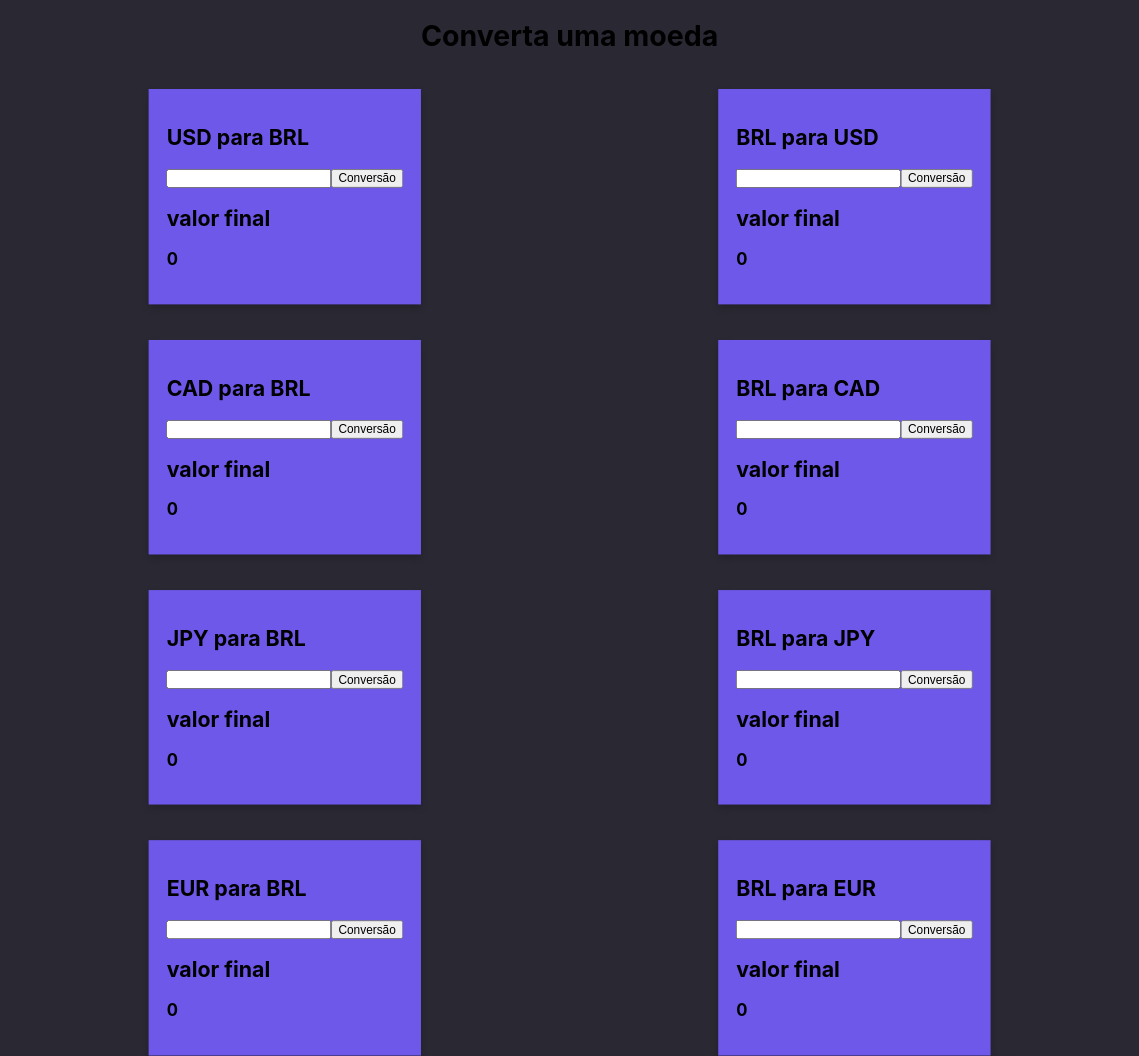
Repository: DeanLemosXD/Currency-converter
Page: /
These files come from the project's save history. The page is drawn as it stood at one moment and after the next save; the edit follows.
The browser window is 1280 px wide. The pictures show the whole page, at 89% of full size.
The project was rebuilt for these pictures with package versions that can differ from the ones it lists, and the page was loaded fresh each time.

Above is the page before, as saved 2021-10-19 18:27:59.

### src/index.css
body {
  margin: 0;
  font-family: -apple-system, BlinkMacSystemFont, 'Segoe UI', 'Roboto', 'Oxygen',
    'Ubuntu', 'Cantarell', 'Fira Sans', 'Droid Sans', 'Helvetica Neue',
    sans-serif;
  -webkit-font-smoothing: antialiased;
  -moz-osx-font-smoothing: grayscale;
  background-color:rgb(42, 40, 51)
}

code {
  font-family: source-code-pro, Menlo, Monaco, Consolas, 'Courier New',
    monospace;
}

### src/App.js
import './App.css';
import Conversor from './components/Conversor';

function App() {
  return (
    <div className="App">
      <h1>Converta uma moeda</h1>
      <div className="linha">
      <Conversor moedaA="USD" moedaB="BRL"></Conversor>
      <Conversor moedaA="BRL" moedaB="USD"></Conversor>
      </div>
      <div className="linha">
      <Conversor moedaA="CAD" moedaB="BRL"></Conversor>
      <Conversor moedaA="BRL" moedaB="CAD"></Conversor>
      </div>
      <div className="linha">
      <Conversor moedaA="JPY" moedaB="BRL"></Conversor>
      <Conversor moedaA="BRL" moedaB="JPY"></Conversor>
      </div>
      <div className="linha">
      <Conversor moedaA="EUR" moedaB="BRL"></Conversor>
      <Conversor moedaA="BRL" moedaB="EUR"></Conversor>
      </div>
    </div>
  );
}

export default App;

### src/App.css
.linha{
    display:flex;
    margin-top:  40px;
    justify-content: space-around;


}

h1{

    text-align: center;
}

.app{
    margin: auto;
    max-width: 900px;
}

### src/components/Conversor.js
import React, { Component } from 'react'
import './conversor.css'
export default class Conversor extends Component {

    // eslint-disable-next-line no-useless-constructor
    constructor(props){
        super(props);

        this.state = {
            moedaA_Valor:"",
            moedaB_Valor:0,

        }

        this.converter = this.converter.bind(this)
    }

    converter(){

        let de_para = `${this.props.moedaA}_${this.props.moedaB}`;
        let url = `http://free.currconv.com/api/v7/convert?q=${de_para}&compact=ultra&apiKey=0d7e32903cad9cf7460c`
        //console.log(url)
        fetch(url).then(res=>{
            return res.json()
        })
        .then(json=>{

            let cotacao = json[de_para];
            let moedaB_Valor = (parseFloat(this.state.moedaA_Valor) * cotacao).toFixed(2)
            this.setState({moedaB_Valor})
        })
    }
    render(){
        return (
            <div className="conversor">
                <h2>{this.props.moedaA} para {this.props.moedaB}</h2>
                <input type="text" onChange={(event)=>{this.setState({moedaA_Valor:event.target.value})}}></input>
                <input type="button" value="Conversão" onClick={this.converter}></input>
                <h2>valor final</h2>
                <h3>{this.state.moedaB_Valor}</h3>
            </div>
        )
    }
}

### src/components/conversor.css
.conversor{
        padding: 20px;
        max-width: 300px;
        box-shadow: 0 4px 8px 0 rgba(0, 0, 0, 0.2);
        background-color: rgb(110, 88, 233);
}

Loaded but not shown: public/index.html (common file); src/index.js (common file); src/reportWebVitals.js (common file)

After the next save:
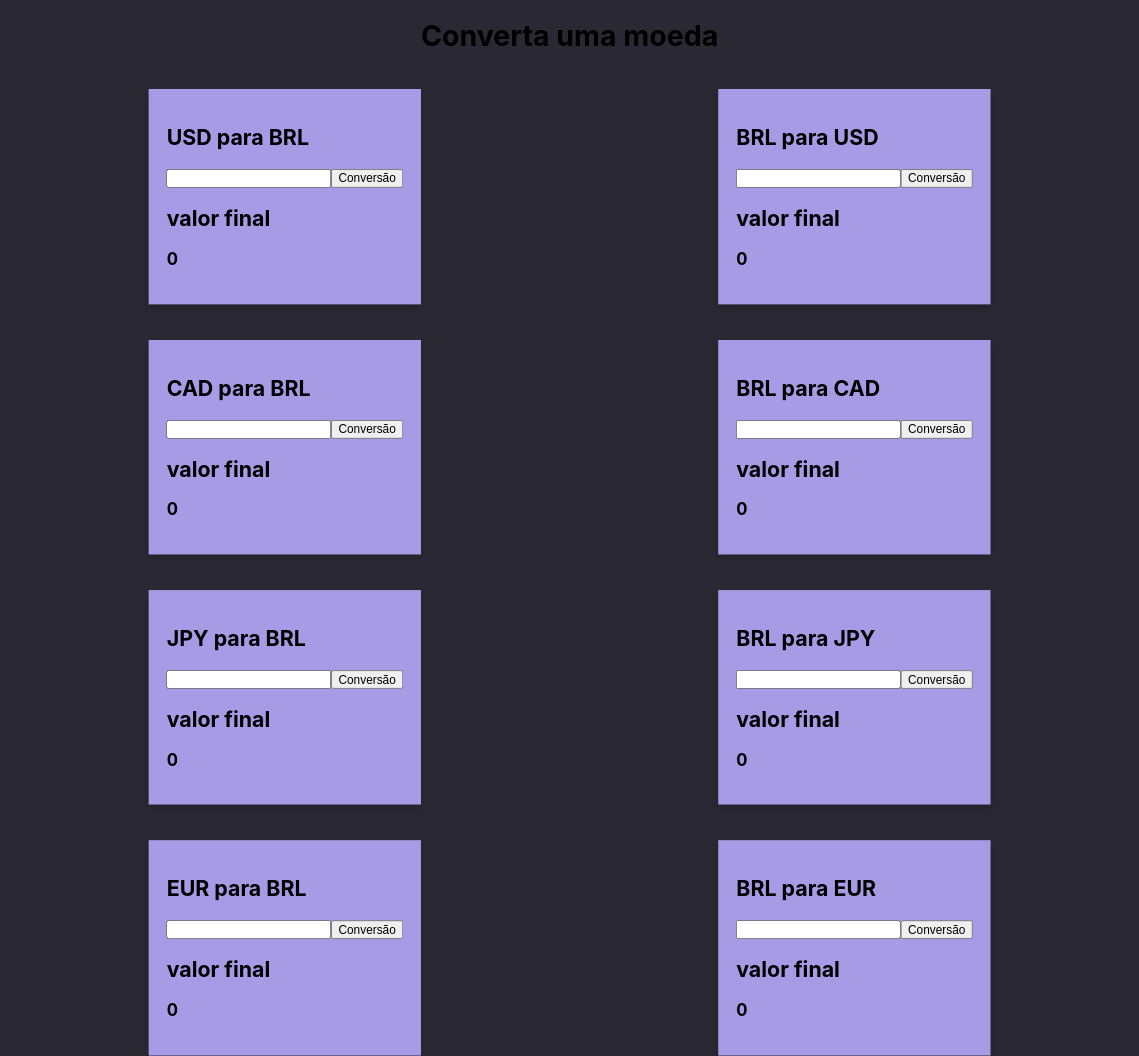
Saved 18 s later.
--- a/src/components/conversor.css
+++ b/src/components/conversor.css
@@ -2,5 +2,5 @@
         padding: 20px;
         max-width: 300px;
         box-shadow: 0 4px 8px 0 rgba(0, 0, 0, 0.2);
-        background-color: rgb(110, 88, 233);
+        background-color: rgb(166, 155, 228);
 }
